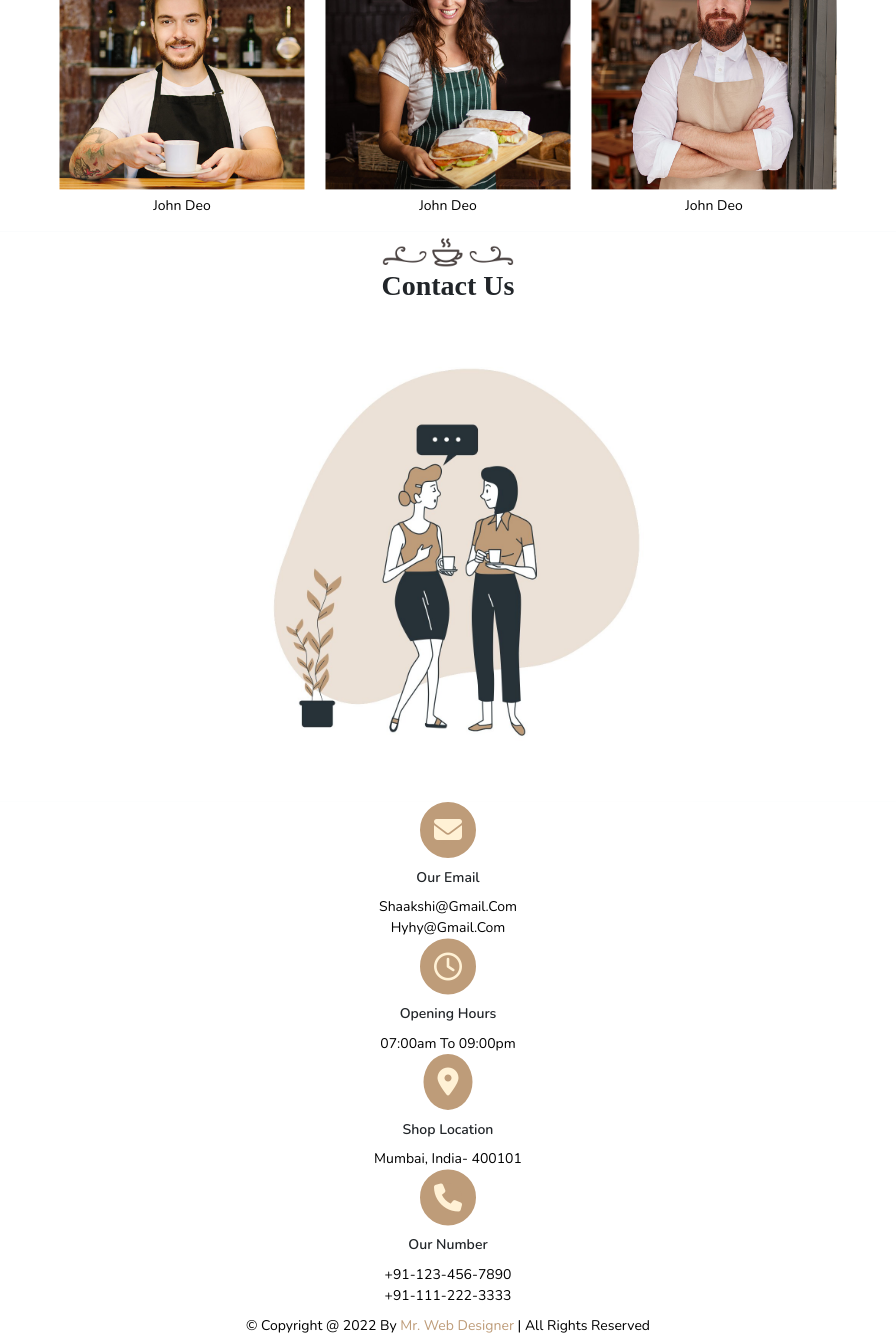
Repository: Ragavan728/coffee_full
Page: index.html
An editor plug-in stored every save of this project. The page is shown before and after the next save, followed by the edit.
The browser window is 1280 px wide. The pictures show the part of the page from y = 4042 to 5962 px (the page is 5962 px tall before and 5437 px after), at 70% of full size.
Some web fonts or font styles are not loaded; a fallback is used.

Above is the page before, as saved 2025-02-10 16:24:58.

After the next save:
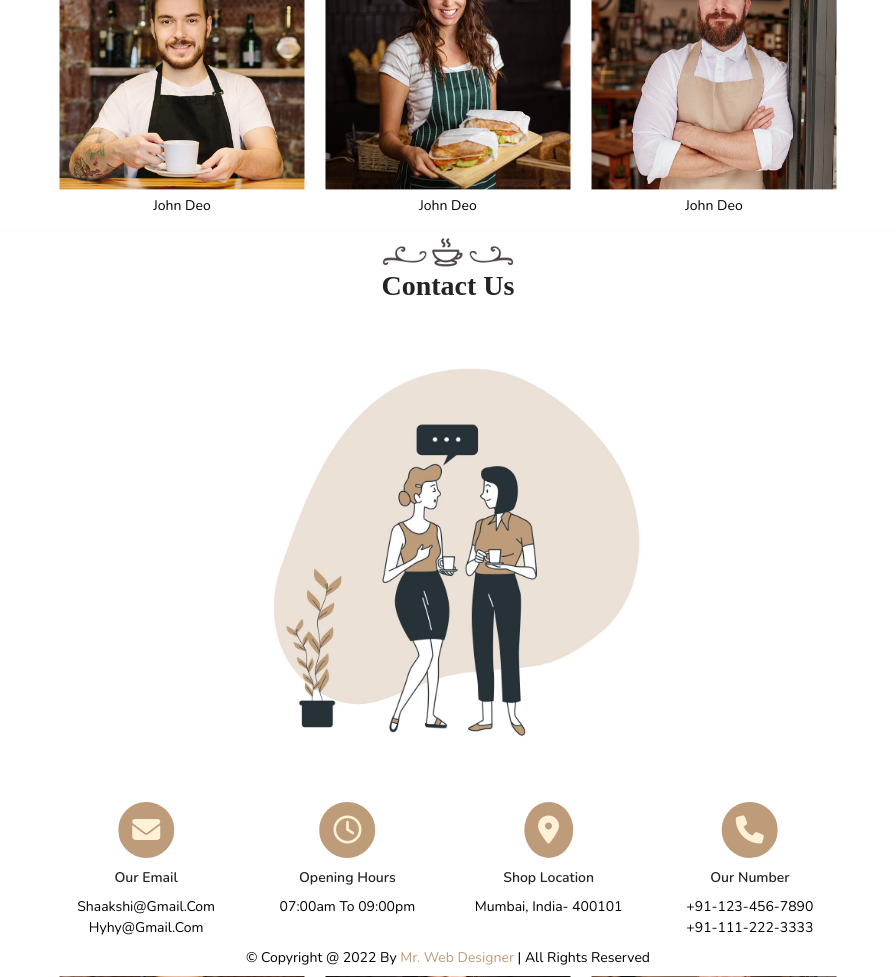
Saved 6 s later.
--- a/index.html
+++ b/index.html
@@ -371,7 +371,7 @@
     <footer>
         <section class="footer"> <!-- component -->
             <div class="footerContainer align"> <!-- componentContainer -->
-                <div class="footerBody grid-1"> <!-- row 1 -->
+                <div class="footerBody grid-4"> <!-- row 1 -->
                     <div class="footerBlock"> <!-- column 1 -->
                         <div class="footerCard"> <!-- subcolumn 1 -->
                             <div class="cardHead">
